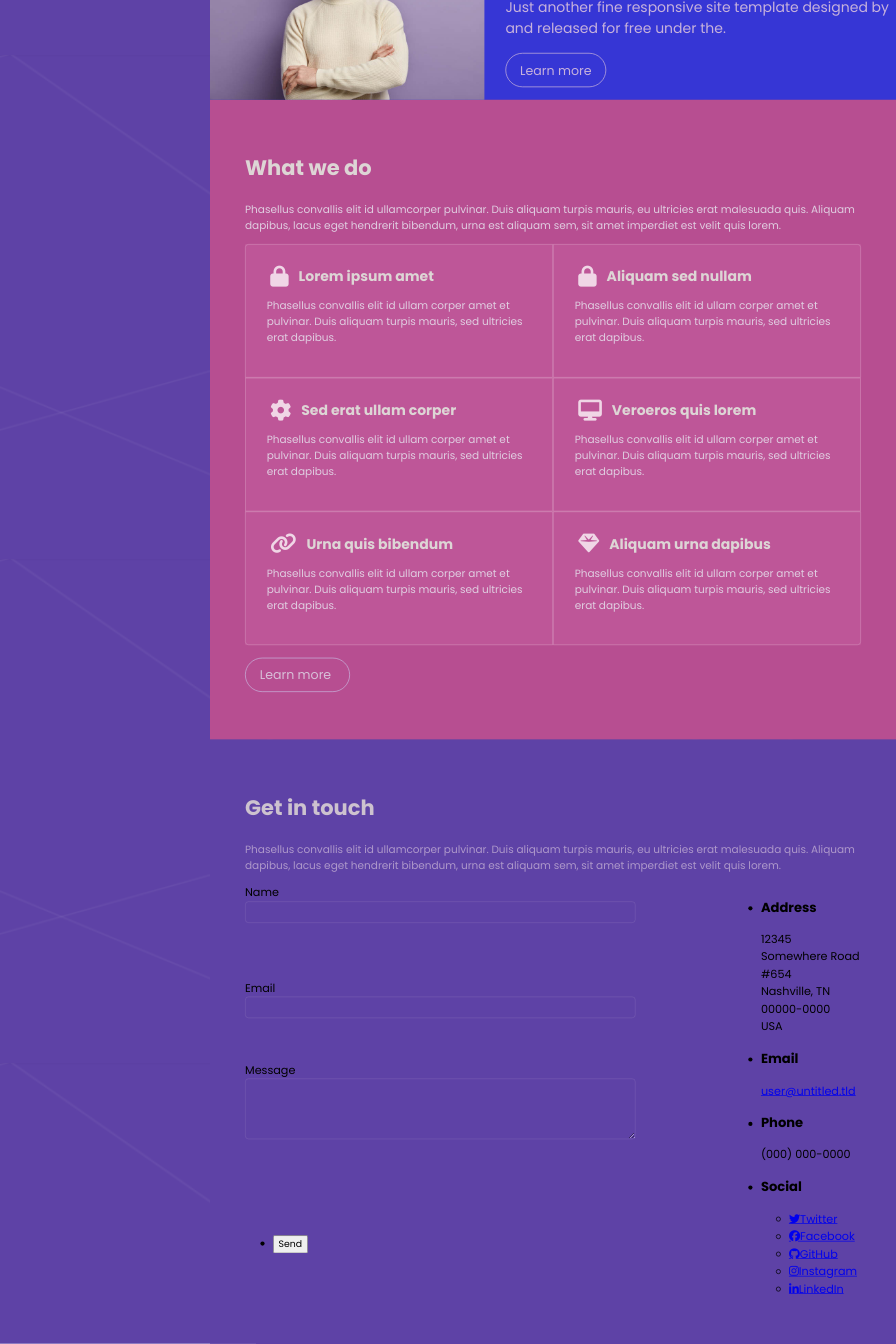
Repository: zai31/KIMIT_Tasks
Page: JsSession8/index.html
An editor plug-in stored every save of this project. The page is shown before and after the next save, followed by the edit.
The browser window is 1280 px wide. The pictures show the part of the page from y = 1361 to 3281 px (the page is 3281 px tall), at 70% of full size.
Backgrounds fixed to the window are drawn as part of the page.

Above is the page before, as saved 2025-09-15 22:49:39.

### JsSession8/index.html
<!DOCTYPE html>
<html lang="en">
<head>
    <meta charset="UTF-8">
    <meta name="viewport" content="width=device-width, initial-scale=1.0">
    <link rel="stylesheet" href="./css/style.css">
	<link href="https://cdnjs.cloudflare.com/ajax/libs/font-awesome/6.5.2/css/all.min.css" rel="stylesheet">

    <title>Responsive</title>
</head>

<body>
    <section  class="flex-section">
        <div class="menu">
        <ul>
            <li><a href="#">welcome</a></li>
            <li><a href="#">who are we</a></li>
            <li><a href="#">what we do</a></li>
            <li><a href="#">get in touch</a></li>
        </ul>
</div>
<div class="section">
    <div class="content">
      <div class="intro">
							<h1>Hyperspace</h1>
							<p>Just another fine responsive site template designed by <a href="https://html5up.net">HTML5 UP</a><br>
							and released for free under the <a href="https://html5up.net/license">Creative Commons</a>.</p>
							<button>Learn more</button>

						</div>
    <div class="overview">
        <div class="s" style="background-color: rgb(83, 83, 228);">
           <img src="./images/1.jpg" alt="">

							<div ><h1>Hyperspace</h1>
                                <p>Just another fine responsive site template designed by
							and released for free under the.</p>
							<button>Learn more</button></div>
        </div>
        <div class="s" style="background-color: rgb(69, 69, 226);">
            <img src="./images/2.jpg" alt="">
							<div >
                                           	<h1>Hyperspace</h1>
<p>Just another fine responsive site template designed by
							and released for free under the.</p>
							<button>Learn more</button></div>
        </div>
        <div class="s" style="background-color: rgb(54, 54, 213);">
            <img src="./images/3.jpg" alt="">
							<div >
                                           	<h1>Hyperspace</h1>
<p>Just another fine responsive site template designed by
							and released for free under the.</p>
							<button>Learn more</button></div>
        </div>
    <div class="what">
							<h2 style="font-size: 30px;">What we do</h2>
							<p>Phasellus convallis elit id ullamcorper pulvinar. Duis aliquam turpis mauris, eu ultricies erat malesuada quis. Aliquam dapibus, lacus eget hendrerit bibendum, urna est aliquam sem, sit amet imperdiet est velit quis lorem.</p>
							<div class="features">
								<section style="border-radius:5px 0px 0px 0 ;">
									<span style="color: rgba(255, 255, 255, 0.759); font-size: 30px;" class="fa-solid fa-lock"></span>
									<h3 >Lorem ipsum amet</h3>
									<p>Phasellus convallis elit id ullam corper amet et pulvinar. Duis aliquam turpis mauris, sed ultricies erat dapibus.</p>
								</section>
								<section style="border-radius:0 5px 0px 0 ;">
									<span style="color: rgba(255, 255, 255, 0.759); font-size: 30px;" class="fa-solid fa-lock"></span>
									<h3>Aliquam sed nullam</h3>
									<p>Phasellus convallis elit id ullam corper amet et pulvinar. Duis aliquam turpis mauris, sed ultricies erat dapibus.</p>
								</section>
								<section>
									<span style="color: rgba(255, 255, 255, 0.759); font-size: 30px;" class="fa-solid  fa-cog"></span>
									<h3>Sed erat ullam corper</h3>
									<p>Phasellus convallis elit id ullam corper amet et pulvinar. Duis aliquam turpis mauris, sed ultricies erat dapibus.</p>
								</section>
								<section>
									<span style="color: rgba(255, 255, 255, 0.759); font-size: 30px;" class="fa-solid fa-desktop"></span>
									<h3>Veroeros quis lorem</h3>
									<p>Phasellus convallis elit id ullam corper amet et pulvinar. Duis aliquam turpis mauris, sed ultricies erat dapibus.</p>
								</section>
								<section style="border-radius:0 0px 0px 5px  ;">
									<span class="fa-solid fa-link" style="color: rgba(255, 255, 255, 0.759); font-size: 30px;"></span>
									<h3>Urna quis bibendum</h3>
									<p>Phasellus convallis elit id ullam corper amet et pulvinar. Duis aliquam turpis mauris, sed ultricies erat dapibus.</p>
								</section>
								<section style="border-radius:0 0px 5px 0 ;">
									<span class="fa-solid fa-gem" style="color: rgba(255, 255, 255, 0.759); font-size: 30px;" ></span>
									<h3>Aliquam urna dapibus</h3>
									<p>Phasellus convallis elit id ullam corper amet et pulvinar. Duis aliquam turpis mauris, sed ultricies erat dapibus.</p>
								</section>
							</div>
							<ul class="actions">
								<li style="list-style: none;"><a href="generic.html" class="button" style="text-decoration: none; color: thistle;">Learn more</a></li>
							</ul>

    </div>
                        </div>
	<div class="form">
		<h2 style="font-size: 30px;">Get in touch</h2>
							<p>Phasellus convallis elit id ullamcorper pulvinar. Duis aliquam turpis mauris, eu ultricies erat malesuada quis. Aliquam dapibus, lacus eget hendrerit bibendum, urna est aliquam sem, sit amet imperdiet est velit quis lorem.</p>
							<div class="formS"><form action="">
								<div class="fields">

								<div class="row">

									<div class="field">
										<label for="name">Name</label>
										<input type="text" name="name" id="name" />
									</div>
									<div class="field">
										<label for="email">Email</label>
										<input type="email" name="email" id="email" />
									</div></div>
									<div class="field">
										<label for="message">Message</label>
										<textarea name="message" id="message" rows="3"></textarea>
									</div>
								</div>
								<ul class="actions">
									<li><input type="submit" value="Send" /></li>
								</ul>
							</form>
							<div class="line"></div>
							<section>
								<ul class="contact">
										<li>
											<h3>Address</h3>
											<span>12345 Somewhere Road #654<br>
											Nashville, TN 00000-0000<br>
											USA</span>
										</li>
										<li>
											<h3>Email</h3>
											<a href="#">user@untitled.tld</a>
										</li>
										<li>
											<h3>Phone</h3>
											<span>(000) 000-0000</span>
										</li>
										<li>
											<h3>Social</h3>
											<ul class="icons">
												<li><a href="#" class="fa-brands fa-twitter"><span class="label">Twitter</span></a></li>
												<li><a href="#" class="fa-brands fa-facebook"><span class="label">Facebook</span></a></li>
												<li><a href="#" class="fa-brands fa-github"><span class="label">GitHub</span></a></li>
												<li><a href="#" class="fa-brands fa-instagram"><span class="label">Instagram</span></a></li>
												<li><a href="#" class="fa-brands fa-linkedin-in"><span class="label">LinkedIn</span></a></li>
											</ul>
										</li>
									</ul>
							</section>
							</div>
	</div>
                        </div>
                    </section>
</body>
</html>

### JsSession8/CSS/style.css
@import url("https://fonts.googleapis.com/css2?family=Poppins:ital,wght@0,100;0,200;0,300;0,400;0,500;0,600;0,700;0,800;0,900;1,100;1,200;1,300;1,400;1,500;1,600;1,700;1,800;1,900&display=swap");

* {
    box-sizing: border-box;
    font-family: "Poppins", sans-serif;
}

:root {
    --sidebar-color: #312450;
    --primary-color: #5e42a6;
    --secondary-color: #b74e91;
    --section-bg-color: #c7b2dc;
    --dark-color: #000000;
    --navbar-bg-color: #273053;
    --p-color: #717275;
    --highlight-icon-color: #ff0100;
    --main-transition: 0.5s all ease-in-out;
}


html,
body {
    height: 100%;
    margin: 0;
    padding: 0;
}

.flex-section {
    display: flex;
    flex-direction: row;

}

/*side bar*/
.flex-section .menu {
    min-height: 100vh;
    /* ensures sidebar spans at least the full screen */
    height: auto;
    /* lets it grow with content */
    width: 300px;
    top: 0;
    left: 0;
    position: fixed;
    background-color: var(--sidebar-color);
    padding: 145px 30px;
    box-shadow: 0 0 10px rgba(0, 0, 0, 0.1);
}

.flex-section .menu ul {
    list-style: none;
    padding: 0;
    margin: 0;
    text-align: right;
}

.flex-section .menu ul li {
    margin-bottom: 10px;
    font-size: 20px;
    position: relative;
    /* needed for ::after positioning */
    padding-bottom: 10px;
}

.flex-section .menu ul li a {
    text-decoration: none;
    color: #8b82a1;

}

.flex-section .menu ul li::after {
    content: "";
    position: absolute;
    left: 0;
    bottom: 0;
    width: 100%;
    /* stick to the bottom */
    height: 2px;
    background-color: #8b82a1;
    /* thickness of underline */
    transition: width 0.3s ease;
}

/*use js*/
.flex-section .menu ul li a:hover::after {
    width: 100%;
    /* expand underline on hover */
}


.flex-section .menu ul li a:hover {
    color: #b5b8bf;
}

.flex-section .menu ul li a:active {
    color: #5e42a6;
}

.flex-section .menu ul li a:active::after {
    background: linear-gradient(to right, #4b0082, #8b00ff, #981196);
}






/*content first section */
.flex-section .section {
    flex: 1;
    background-color: var(--section-bg-color);
    background-attachment: fixed;
    background-image: url("../assets/css/images/Screenshot\ 2025-09-15\ 075920.png");
    background-position: top right;
    background-repeat: no-repeat;
    background-size: 100% 100%;
    padding-left: 300px;
}

.flex-section .section .content {
    display: flex;
    flex-direction: column;
    width: 100%;
}

.flex-section .section .content .intro {
    padding: 100px;
    width: 100%;
    height: 100vh;
}

.flex-section .section .content .intro h1 {
    color: rgb(221, 213, 213);
    font-size: 50px;
}

.flex-section .section .content .intro p,
.flex-section .section .content .intro a {
    color: var(--section-bg-color);
    font-size: 20px;
}

.flex-section .section .content .intro a:hover {
    color: #fefefe;
    text-decoration: none;
}

.flex-section .section .content .intro button {
    color: var(--section-bg-color);
    background-color: transparent;
    border: 1px solid var(--section-bg-color);
    padding: 10px 20px;
    border-radius: 25px;
    cursor: pointer;
    text-decoration: none;
    font-size: 18px;
}

.flex-section .section .content .intro button:hover {
    background-color: #6f54b6;
}




/*content second section */

.flex-section .section .content .overview .s {
    display: flex;
    flex-direction: row;
    align-items: center;
    gap: 30px;
}

.flex-section .section .content .overview .s h1 {
    color: rgb(221, 213, 213);
    font-size: 30px;
}

.flex-section .section .content .overview .s p {
    color: var(--section-bg-color);
    font-size: 20px;
}

.flex-section .section .content .overview .s button {
    color: var(--section-bg-color);
    background-color: transparent;
    border: 1px solid var(--section-bg-color);
    padding: 10px 20px;
    border-radius: 25px;
    cursor: pointer;
    text-decoration: none;
    font-size: 18px;
}

.flex-section .section .content .overview .s button:hover {
    background-color: rgb(77, 77, 246);
}

.flex-section .section .content .overview .s img {
    width: 40%;
}

/*what section*/

.flex-section .section .content .what {
    padding: 50px;
    width: 100%;
    background-color: var(--secondary-color);
}

.flex-section .section .content .what h3,
.flex-section .section .content .what h2 {
    color: rgb(221, 213, 213);
    font-size: 20px;
}
.flex-section .section .content .what p {
    color: #e0cee1;
    font-size: 15px;
}

.flex-section .section .content .what .features{
    display: flex;
    flex-direction: row;
    flex-wrap: wrap;
    background-color: #be5698;


}
.flex-section .section .content .what .features section {
 flex: 1 1 50%;     /* grow/shrink, ~half width with gap */
 border: 0.5px solid rgba(255, 255, 255, 0.248);
 box-sizing: border-box;
 padding: 30px;

}
.flex-section .section .content .what .actions {
   color: var(--section-bg-color);
    background-color: transparent;
    border: 1px solid var(--section-bg-color);
    padding: 10px 20px;
    border-radius: 25px;
    cursor: pointer;
    text-decoration: none;
    font-size: 18px;
    width: 150px;
}

 .what .actions:hover {
    background-color: rgb(212, 107, 177);
}
.features section span,
.features section h3 {
  display: inline-block;
  vertical-align: middle;
  margin: 0 5px;
}

/*form*/

.form {
    padding: 50px;
    width: 100%;
    background-color: var(--primary-color);

}
.form .formS
{
   display: flex;
   flex-direction: row;
}
.form h2 {
    color: rgba(221, 213, 213, 0.873);
    font-size: 30px;
}
.form p {
    color: #e0cee19d;
    font-size: 15px;
}
 .fields {
    display: flex;
    flex-direction: row;
    flex-wrap: wrap;
    width: 80%;
    border-radius: 10px;
    height: 80%;
}

.field {
  display: flex;
  flex-direction: column;
  flex: 1; /* make name and email share equal width */
}
.field input, .field textarea{
    background-color: transparent;
    border: 1px solid #e0cee127;
    border-radius: 5px;
    cursor: pointer;
    text-decoration: none;
    font-size: 18px;
    color: #e0cee19d;
}

.contact-info {
  flex: 1; /* right side column */
  color: #e0cee19d;
}

.form .fields .row {
    display: flex;
    flex-direction: row;
    flex-wrap: wrap;
    width: 100%;
    gap: 20px;}

After the next save:
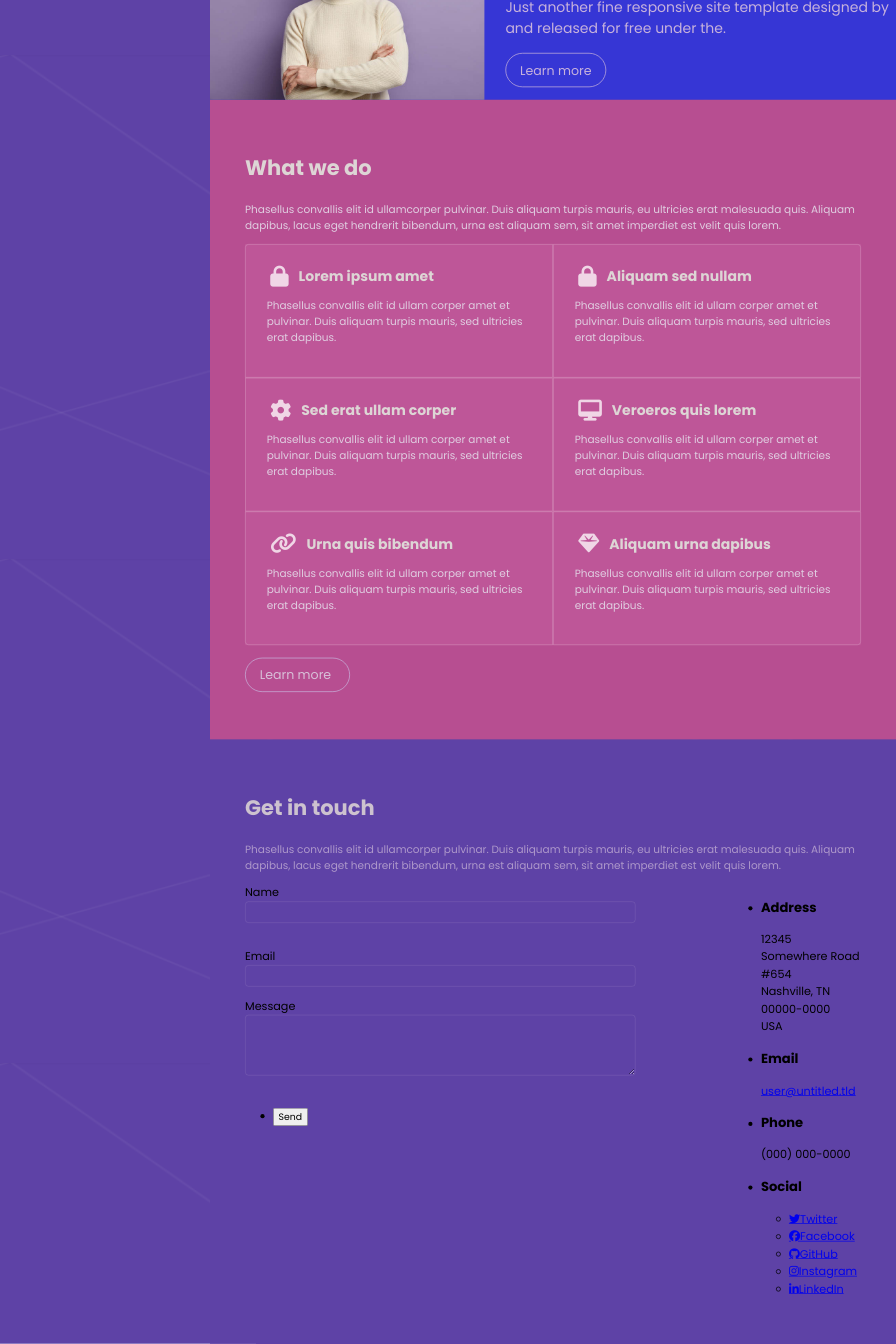
Saved 6 s later.
--- a/JsSession8/CSS/style.css
+++ b/JsSession8/CSS/style.css
@@ -282,7 +282,7 @@ body {
     flex-wrap: wrap;
     width: 80%;
     border-radius: 10px;
-    height: 80%;
+    height: 50%;
 }
 
 .field {
